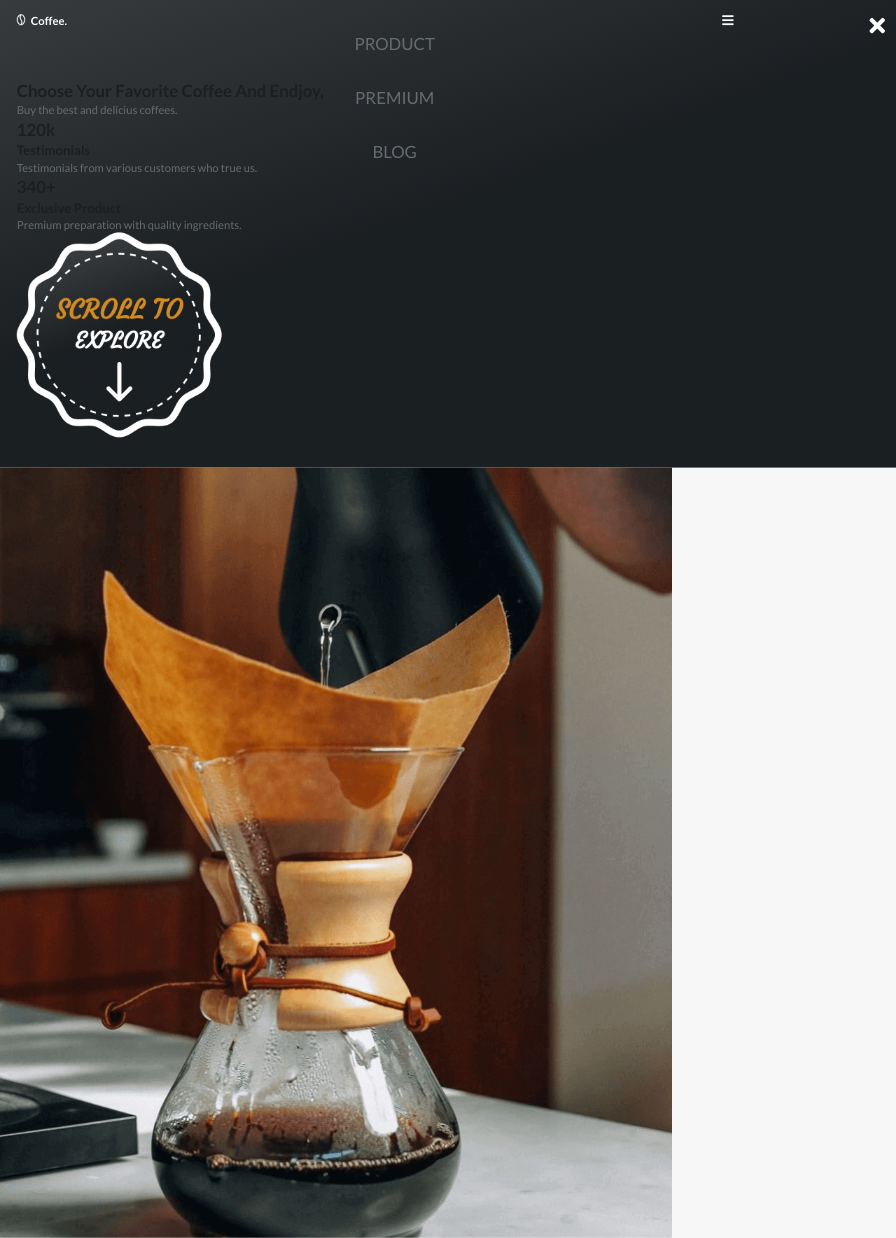
Repository: Nguyenductuan-dev/Website-coffee
Page: index.html
These files come from the project's save history. The page is drawn as it stood at one moment and after the next save; the edit follows.
The browser window is 1280 px wide. The pictures show the whole page, at 70% of full size.

Above is the page before, as saved 2022-04-03 16:48:51.

### index.html
<!DOCTYPE html>
<html lang="en">
<head>
    <meta charset="UTF-8">
    <meta http-equiv="X-UA-Compatible" content="IE=edge">
    <meta name="viewport" content="width=device-width, initial-scale=1.0">
    <link rel="shortcut icon" href="assets/imgs/favicon.png" type="image/x-icon">
    <link rel="stylesheet" href="https://cdnjs.cloudflare.com/ajax/libs/font-awesome/5.15.1/css/all.min.css" />
    <link rel="preconnect" href="https://fonts.googleapis.com">
    <link rel="preconnect" href="https://fonts.gstatic.com" crossorigin>
    <link href="https://fonts.googleapis.com/css2?family=Lato:wght@400;700&family=Montserrat:ital,wght@0,200;0,300;0,400;0,500;0,600;0,700;1,600&display=swap" rel="stylesheet">
    <link rel="stylesheet" href="assets/css/style.css">
    <title>Website coffee</title>
</head>
<body>
    <!-- ============================ HEADER =========================== -->
    <header class="header" id="header">
        <nav class="nav container">
            <a href="/" class="nav__logo">
                <img src="assets/imgs/logo.png" alt="" class="nav__logo-img">
                Coffee.
            </a>

            <div class="nav__menu" id="nav-menu">
                <ul class="nav__list">
                    <li class="nav__item">
                        <a href="#home" class="nav__link">Home</a>
                    </li>
                    <li class="nav__item">
                        <a href="#product" class="nav__link">Product</a>
                    </li>
                    <li class="nav__item">
                        <a href="#premium" class="nav__link">Premium</a>
                    </li>
                    <li class="nav__item">
                        <a href="#blog" class="nav__link">Blog</a>
                    </li>
                </ul>

                <div class="nav__close" id="nav-close">
                    <i class="fas fa-times"></i>
                </div>
            </div>

            <!-- Toggle button -->
            <div class="nav__toggle" id="nav-toggle">
                <i class="fas fa-bars"></i>
            </div>
        </nav>
    </header>

    <!-- ============================ MAIN =============================  -->
    <main>
        <!-- ======================== HOME ============================= -->
        <section class="home grid" id="home">
            <div class="home__container">
                <div class="home__content container">
                    <h1 class="home__title">
                        Choose Your Favorite Coffee And Endjoy<span>,</span>
                    </h1>
                   <p class="home__description">
                       Buy the best and delicius coffees.
                   </p>

                   <div class="home__data">
                       <div class="home__data-group">
                           <h2 class="home__data-number">120k</h2>
                           <h3 class="home-data-title">Testimonials</h3>
                           <p class="home__data-description">
                               Testimonials from various customers who true us.
                           </p>
                       </div>

                       <div class="home__data-group">
                        <h2 class="home__data-number">340+</h2>
                        <h3 class="home-data-title">Exclusive Product</h3>
                        <p class="home__data-description">
                            Premium preparation with quality ingredients.
                        </p>
                    </div>
                   </div>

                   <a href="#specialty">
                       <img src="assets/imgs/scroll.png" alt="" class="home__scroll">
                   </a>
                </div>
            </div>

            <img src="assets/imgs/home.png" alt="" class="home__img">
        </section>
    </main>



    <script src="assets/js/main.js"></script>
</body>
</html>

### assets/css/style.css
:root {
    --header-height: 3.5rem;
    /* ===============Color=============== */
    --first-color: hsl(36, 72%, 48%);
    --first-color-alt: hsl(36, 72%, 44%);
    --black-color: hsl(206, 12%, 12%);
    --card-color: hsl(0, 0%, 90%);
    --tittle-color: hsl(206, 12%, 12%);
    --text-color: hsl(206, 4%, 42%);
    --tittle-color-light: hsl(206, 4%, 75%);
    --body-color: hsl(206, 4%, 97%);
    --container-color: #fff;

    /* ==============Font=============== */
    --body-font: 'Lato', sans-serif;
    --biggest-font-size: 2.25rem;
    --h1-font-size: 1.5rem;
    --h2-font-size: 1.25rem;
    --h3-font-size: 1rem;
    --normal-font-size: .938rem;
    --small-font-size: .813rem;
    --smaller-font-size: .75rem;

    /* ==============Font weidth========= */
    --font-bold: 700;

    /* ==============Z-index============= */
    --z-tooltip: 10;
    --z-fixed: 100;
}

@media screen and (min-width: 968px){
    :root {
        --biggest-font-size: 3.5rem;
        --h1-font-size: 2.25rem;
        --h2-font-size: 1.5rem;
        --h3-font-size: 1.25rem;
        --normal-font-size: 1rem;
        --small-font-size: .875rem;
        --smaller-font-size: .813rem;
    }
}

/* =================BASE================== */
* {
    padding: 0;
    margin: 0;
    box-sizing: border-box;
}

html {
    scroll-behavior: smooth;
}

body {
    font-family: var(--body-font);
    font-size: var(--normal-font-size);
    background-color: var(--body-color);
    color: var(--text-color);
}

h1,h2,h3 {
    color: var(--tittle-color);
    font-weight: var(--font-bold);
}

h1,h2,h3,p {
    line-height: 140%;
}

ul {
    list-style: none;

}
a {
    text-decoration: none;
}
img {
    max-width: 100%;
    height: auto;
}
button {
    border: none;
    outline: none;
    cursor: pointer;
}

.container {
    max-width: 1024px;
    margin-left: 1.5rem;
    margin-right: 1.5rem;
}
.grid {
    display: grid;
    gap: 1.5rem;
}
.section {
    padding: 4.5rem 0 2rem;
}
.section__title {
    position: relative;
    font-size: var(--h1-font-size);
    padding-left: 1.25rem;
    margin-bottom: 2.5rem;
}
.section__title::before {
    content: '';
    position: absolute;
    top: 8px;
    left: 0;
    width: 3px;
    height: 20px;
    background-color: var(--first-color);
}
/* ====================== HEADER & NAV ====================*/
.header {
    width: 100%;
    background: transparent;
    position: fixed;
    top: 0;
    left: 0;
    z-index: var(--z-fixed);
}
.nav {
    height: var(--header-height);
    display: flex;
    justify-content: space-between;
    align-items: center;
}
.nav__logo,
.nav__toggle {
    color: #fff;
}
.nav__logo {
    display: flex;
    align-items: center;
    column-gap: .5rem;
    font-weight: var(--font-bold);
}
.nav__logo-img {
    width: .75rem;
}
.nav__toggle {
    display: inline-flex;
    font-size: 1.15rem;
    cursor: pointer;
}

@media screen and (max-width: 767px) {
    .nav__menu {
        position: fixed;
        background-color: var(--black-color);
        top: 0;
        right: -100%;
        width: 100%;
        height: 100%;
        transition: .3s;
    }
}

.nav__list {
    display: flex;
    flex-direction: column;
    text-align: center;
    row-gap: 3rem;
    padding-top: 9rem;
}
.nav__link {
    text-transform: uppercase;
    color: var(--text-color-light);
    font-size: var(--h2-font-size);
    transition: .3s;
}
.nav__link:hover {
    color: #fff;
}
.nav__close {
    font-size: 2rem;
    color: #fff;
    position: absolute;
    top: 1rem;
    right: 1rem;
    cursor: pointer;
}

/* =========== Show menu ============ */
.show-menu {
    right: 0;

}
/* =========== HOME ============ */
.home {
    gap: 0;
}
.home__container {
    padding: 7rem 0 2.5rem;
    background: linear-gradient(160deg, hsla(206, 5%, 24%, 1) -4%, hsla(206, 12%, 12%, 1) 46%);
}

### assets/js/main.js


/* ===================== SHOW MENU ========================= */
const navMenu = document.getElementById('nav-menu');
const navToggle = document.getElementById('nav-toggle');
const navClose = document.getElementById('nav-close');

/* ==================== MENU SHOW ==========================*/
if(navToggle) {
    navToggle.addEventListener('click', () => {
        navMenu.classList.add('show-menu');
    })
}
/* ==================== MENU HIDEN ==========================*/

if(navClose) {
    navClose.addEventListener('click', () =>{
        navMenu.classList.remove('show-menu');
    })
}
/* ===================== REMOVE MENU MOBILE ========================= */
const navLink = document.querySelectorAll('.nav__link');
function linkAction() {
    const navMenu = document.getElementById('nav-menu');
    navMenu.classList.remove('show-menu');

}
navLink.forEach( n => n.addEventListener('click', linkAction));

After the next save:
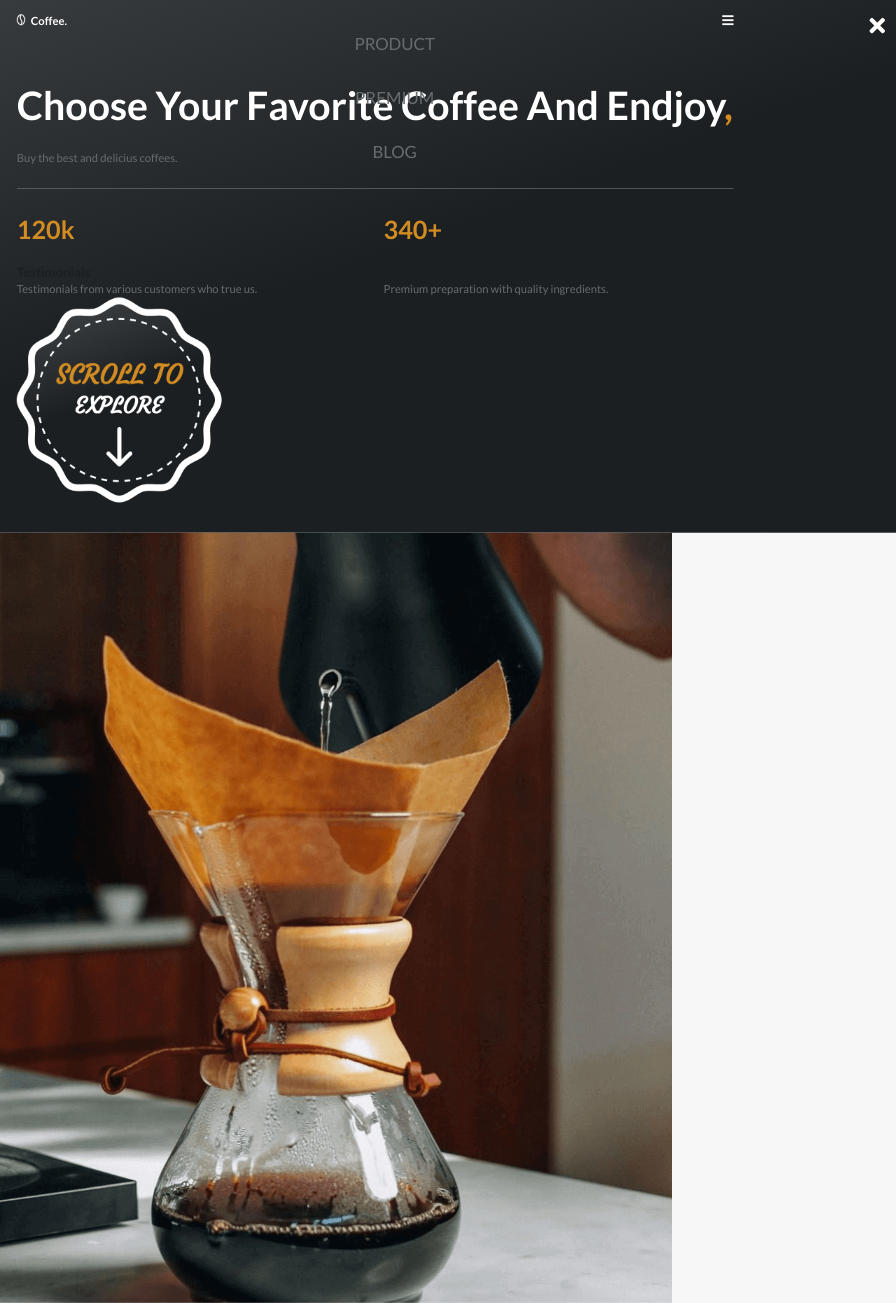
Saved 5 min 15 s later.
--- a/assets/css/style.css
+++ b/assets/css/style.css
@@ -196,3 +196,36 @@ button {
     padding: 7rem 0 2.5rem;
     background: linear-gradient(160deg, hsla(206, 5%, 24%, 1) -4%, hsla(206, 12%, 12%, 1) 46%);
 }
+.home__content {
+    position: relative;
+}
+.home__title,
+.home__data-title {
+    color: #fff;
+}
+.home__title {
+    font-size: var(--biggest-font-size);
+    margin-bottom: 1.5rem;
+}
+.home__title span {
+    color: var(--first-color);
+}
+.home__description {
+    margin-bottom: 2rem;
+}
+.home__data {
+    border-top: 1px solid var(--text-color);
+    padding-top: 2rem;
+    display: grid;
+    grid-template-columns: repeat(2, 1fr);
+    column-gap: 1.5rem;
+}
+.home__data-number {
+    color: var(--first-color);
+    font-size: var(--h1-font-size);
+    margin-bottom: 1.5rem;
+}
+.home__data-title {
+    font-size: var(--h3-font-size);
+    margin-bottom: .5rem;
+}
